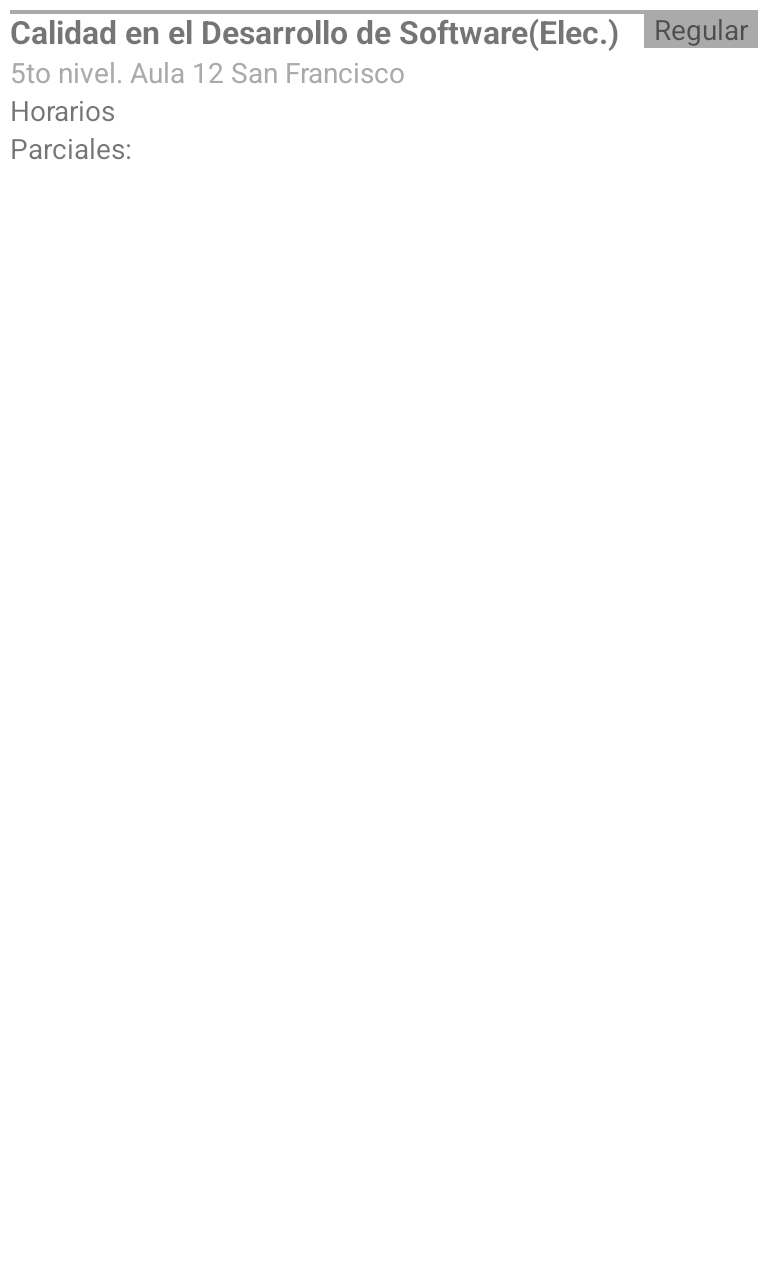
Repository: juanpablobono/Sysacadalumnos
Layout: Sysacad/res/layout/lst_cursado_item.xml
An editor plug-in stored every save of this project. The layout is shown before and after the next save, followed by the edit.
It is drawn on a 768 x 1280 px phone screen (xhdpi) without system bars, with theme temaSysacad; the app's code is not run.

Above is the layout before, as saved 2014-07-07 12:59:35.

### Sysacad/res/layout/lst_cursado_item.xml
<?xml version="1.0" encoding="utf-8"?>
<RelativeLayout xmlns:android="http://schemas.android.com/apk/res/android"
    android:layout_width="match_parent"
    android:layout_height="match_parent"
    android:background="@android:color/background_light"
    android:padding="5dp">

    <TextView
        android:id="@+id/lblNombreMateria"
        android:layout_width="wrap_content"
        android:layout_height="wrap_content"
        android:layout_alignParentLeft="true"
        android:layout_alignParentTop="true"
        android:text="Calidad en el Desarrollo de Software(Elec.)"
        android:layout_toLeftOf="@+id/lblCondicion"
        android:layout_marginRight="5dp"
        android:textSize="16sp"
        android:textStyle="bold"
        android:maxLines="1"/>

    <TextView
        android:id="@+id/lblCondicion"
        android:layout_width="wrap_content"
        android:layout_height="wrap_content"
        android:layout_alignParentRight="true"
        android:layout_alignParentTop="true"
        android:background="@android:color/darker_gray"
        android:text="Regular"
        android:paddingLeft="5dp"
        android:paddingRight="5dp"/>

    <TextView
        android:id="@+id/lblNivel"
        android:layout_width="wrap_content"
        android:layout_height="wrap_content"
        android:layout_alignParentLeft="true"
        android:layout_below="@+id/lblNombreMateria"
        android:textColor="@android:color/darker_gray"
        android:text="5to nivel. " />

    <TextView
        android:id="@+id/lblForAula"
        android:layout_width="wrap_content"
        android:layout_height="wrap_content"
        android:layout_toRightOf="@+id/lblNivel"
        android:textColor="@android:color/darker_gray"
        android:layout_below="@+id/lblNombreMateria"
        android:text="Aula " />

    <TextView
        android:id="@+id/lblAula"
        android:layout_width="wrap_content"
        android:layout_height="wrap_content"
        android:layout_toRightOf="@+id/lblForAula"
        android:layout_below="@+id/lblNombreMateria"
        android:textColor="@android:color/darker_gray"
        android:text="12 San Francisco" />

    <TextView
        android:id="@+id/lblForHorarios"
        android:layout_width="wrap_content"
        android:layout_height="wrap_content"
        android:layout_alignParentLeft="true"
        android:layout_below="@+id/lblNivel"
        android:text="Horarios " />

    <View
        android:id="@+id/viewSeparadorHorarios"
        android:layout_width="match_parent"
        android:layout_height="2dp"
        android:background="@android:color/darker_gray"/>

    <TextView
        android:id="@+id/lblForParciales"
        android:layout_width="wrap_content"
        android:layout_height="wrap_content"
        android:layout_alignParentLeft="true"
        android:layout_below="@+id/lblForHorarios"
        android:text="Parciales: " />

    <TextView
        android:id="@+id/lblHorarios"
        android:layout_width="wrap_content"
        android:layout_height="wrap_content"
        android:layout_alignBaseline="@+id/lblForHorarios"
        android:layout_alignBottom="@+id/lblForHorarios"
        android:layout_toRightOf="@+id/lblForHorarios"
        android:text="" />

    <TextView
        android:id="@+id/lblParciales"
        android:layout_width="wrap_content"
        android:layout_height="wrap_content"
        android:layout_alignBaseline="@+id/lblForParciales"
        android:layout_alignBottom="@+id/lblForParciales"
        android:layout_alignLeft="@+id/lblHorarios"
        android:text="" />

</RelativeLayout>

### Sysacad/res/values/styles.xml
<resources xmlns:android="http://schemas.android.com/apk/res/android">

    <!--
        Base application theme, dependent on API level. This theme is replaced
        by AppBaseTheme from res/values-vXX/styles.xml on newer devices.

         <item name="android:background">@color/background_activities</item>
    -->

    <!-- the theme applied to the application or activity -->

    <style name="temaSysacad" parent="@style/Theme.AppCompat.Light.DarkActionBar">

    </style>

</resources>

After the next save:
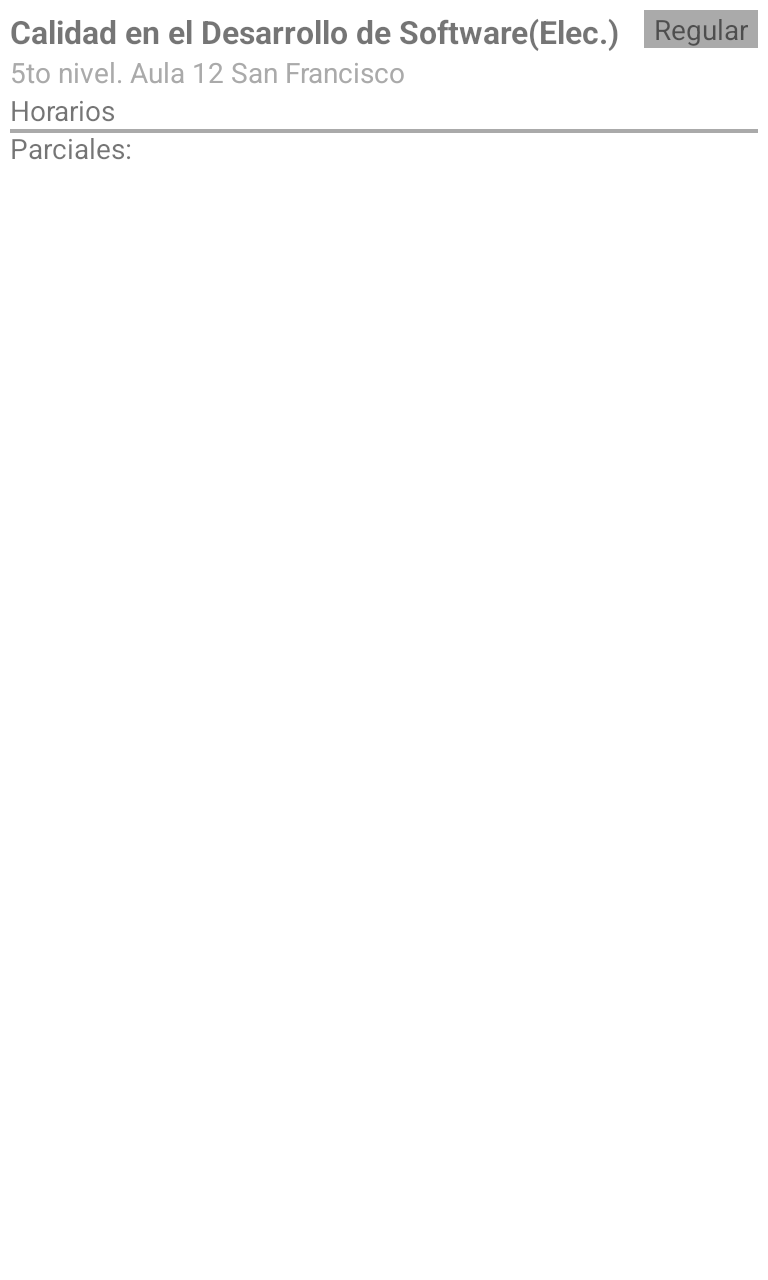
Saved 25 s later.
--- a/Sysacad/res/layout/lst_cursado_item.xml
+++ b/Sysacad/res/layout/lst_cursado_item.xml
@@ -68,7 +68,9 @@
         android:id="@+id/viewSeparadorHorarios"
         android:layout_width="match_parent"
         android:layout_height="2dp"
-        android:background="@android:color/darker_gray"/>
+        android:background="@android:color/darker_gray"
+        android:layout_below="@+id/lblForHorarios"
+        android:padding="5dp"/>
 
     <TextView
         android:id="@+id/lblForParciales"
